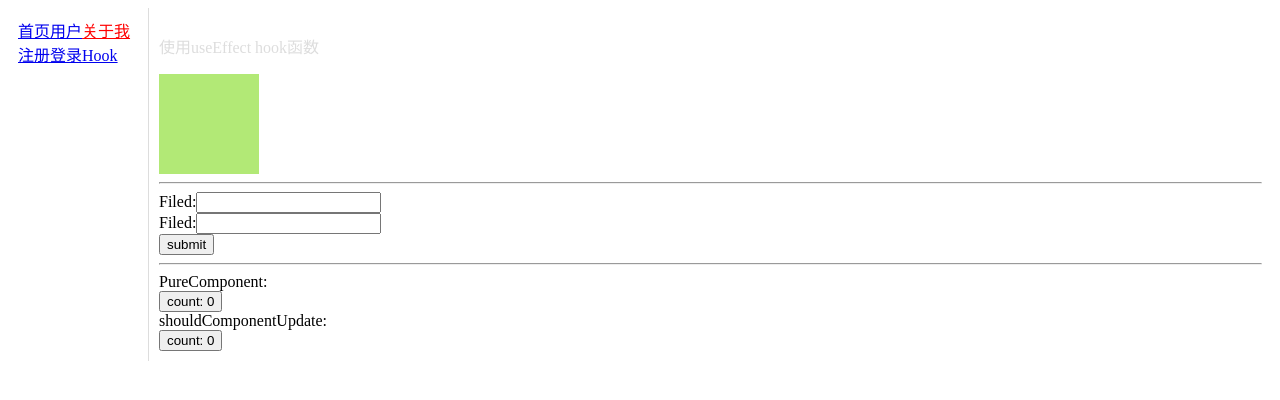
Repository: shellingfordly/js-library-Demo
Page: /about (app in demo/react/demo/)
These files come from the project's save history. The page is drawn as it stood at one moment and after the next save; the edit follows.
The browser window is 1280 px wide. The pictures show the whole page.
The project was rebuilt for these pictures with package versions that can differ from the ones it lists, and the page was loaded fresh each time. Also part of the build but not shown: demo/react/demo/src/views/home/components/UseReducer.js, demo/react/demo/src/views/home/components/SetTimeout.js, demo/react/demo/src/views/home/hook/context.js, demo/react/demo/src/views/home/components/context/useContext.js, demo/react/demo/src/views/home/components/context/contextType.js, demo/react/demo/src/views/home/components/context/consumer.js, demo/react/demo/src/views/home/utils/highComponent.js, demo/react/demo/src/views/home/Home.js and 5 more.

Above is the page before, as saved 2021-01-17 22:53:25.

### demo/react/demo/src/index.js
import React from 'react';
import ReactDOM from 'react-dom';
import './index.css';
import App from './App';
import reportWebVitals from './reportWebVitals';
import {BrowserRouter as Route} from 'react-router-dom'

ReactDOM.render(
  <React.StrictMode>
    <Route>
      <App />
    </Route>
  </React.StrictMode>,
  document.getElementById('root')
);

// If you want to start measuring performance in your app, pass a function
// to log results (for example: reportWebVitals(console.log))
// or send to an analytics endpoint. Learn more: https://bit.ly/CRA-vitals
reportWebVitals();

### demo/react/demo/src/App.js

import './App.scss'
import { Component } from 'react'
import { NavLink, Route, Switch, Redirect } from 'react-router-dom'
import Home from './views/home/Home'
import About from './views/about/About'
import Register from './views/Register'
import User from './views/User'
import Login from './views/Login'
import store from './store'
import { userLogout } from './store/actions'
import Hook from './views/HookComponent'

export default class App extends Component {

  state = {
    isShow: false
  }

  componentDidMount() {
    store.subscribe(() => {
      const data = store.getState()
      this.setState({ isShow: data.isLogin })
    })
  }

  logout = () => {
    store.dispatch(userLogout())
  }

  render() {

    return (
      <div className="app">
        <div className="nav">
          <NavLink to='/home'>首页</NavLink>
          <NavLink to='/user'>用户</NavLink>
          <NavLink to='/about'>关于我</NavLink>
          <NavLink to='/register'>注册</NavLink>
          <NavLink to='/login'>登录</NavLink>
          <NavLink to='/hook'>Hook</NavLink>
        </div>
        <div className="content">
          <Switch>
            <Route path="/home" component={Home}></Route>
            <Route path="/user" component={User}></Route>
            <Route path="/about" component={About}></Route>
            <Route path="/register" component={Register}></Route>
            <Route path="/login" component={Login}></Route>
            <Route path="/hook" component={Hook}></Route>
            <Redirect to="/login"></Redirect>
          </Switch>
        </div>
      </div>


    )
  }
};

### demo/react/demo/src/App.scss
.app {
  // width: 80%;
  margin: auto;
  display: flex;

  .nav {
    width: 120px;
    padding: 10px;
    border-right: 1px solid #ddd;

    a {
      display: inline;
      width: 100%;
    }

    .active {
      color: red;
    }
  }

  .content {
    flex:1;
    padding: 10px;
    // display: flex;
    // justify-content: space-around;

    .login {
      .label {
        display: inline-block;
        width: 70px;
      }
      .btn {
        padding-top: 10px;
        text-align: center;

        button:first-child {
          margin-right: 10px;
        }
      }
    }
  }
}

.show {
  display: block;
}
.hide {
  display: none;
}

### demo/react/demo/src/views/about/About.js
import { useEffect } from 'react'
import UseEffect from './components/useEffect'
import OptimizationComponent from './components/PureComponent'
import ShouldComponentUpdate from './components/shouldComponentUpdate'
import Form, { Field } from './form'
const nameRule = { required: true, message: 'please write name!' }
const passwordRule = { required: true, message: 'please write password!' }
export default function About() {

  const [form] = Form.useForm()
  function onFinish() {
    console.log('submit success!');
  }
  function onFinishFailed() {
    console.log('submit error!');
  }

  useEffect(()=>{
    console.log(form.store);
  },[form])

  return (
    <div>
      <UseEffect />
      <hr />
      <Form form={form} onFinish={onFinish} onFinishFailed={onFinishFailed}>
        <Field  name="username" rules={[nameRule]}>
          <input />
        </Field>
        <Field name="password" rules={[passwordRule]}>
          <input  />
        </Field>
        <button>submit</button>
      </Form>
      <hr/>
      PureComponent: <OptimizationComponent/>
      shouldComponentUpdate: <ShouldComponentUpdate/>
    </div>
  )
}

### demo/react/demo/src/store/index.js
import {createStore, applyMiddleware}  from 'redux'
import thunk from 'redux-thunk'
import  rootReducer from './combineReducer'

export default createStore(rootReducer, applyMiddleware(thunk))

### demo/react/demo/src/store/actions.js
export function saveUser(data){
  return {
    type: 'SAVE',
    data
  }
}

export function getUser(data){
  return {
    type: 'GET',
    data
  }
}

export function userLogin(){
  return {
    type: 'LOGIN',
  }
}

export function userLogout(){
  return {
    type: 'LOGOUT',
  }
}

### demo/react/demo/src/views/about/components/useEffect.js
import {useState, useEffect} from 'react'
export default function useEffectCom() {
  const [background, setColor] = useState('red')

  useEffect(()=>{
    setTimeout(()=>{
      const color = '#' + Math.random().toString(16).slice(2,8)
      setColor(color)
    }, 1000)
  })

  return (
    <div className="about">
      <p style={{color: '#ddd'}}>使用useEffect hook函数</p>
      <div style={{ width: 100, height: 100, background}}></div>
    </div>
  );
}

### demo/react/demo/src/views/about/components/PureComponent.js
import { PureComponent } from 'react'

export default class OptimizationComponent extends PureComponent {
  state = { count: 0 }


  add = () => {
    this.setState({
      count: 100
    }, () => {
      console.log('count:', this.state.count);
    })
  }

  render() {
    console.log('render');

    const {count} = this.state
    return (
      <div>

        <button onClick={this.add}>count: {count}</button>
      </div>
    )
  }

}

### demo/react/demo/src/views/about/components/shouldComponentUpdate.js
import { Component } from 'react'

export default class OptimizationComponent extends Component {
  state = { count: 0 }
  add = () => {
    this.setState({
      count: 100
    }, () => {
      console.log('count:', this.state.count);
    })
  }

  shouldComponentUpdate(_, nextState) {
    return nextState.count !== this.state.count
  }

  render() {
    console.log('render');

    const { count } = this.state
    return (
      <div>

        <button onClick={this.add}>count: {count}</button>
      </div>
    )
  }

}

### demo/react/demo/src/views/about/form/index.js
import _From from './Form'
import Field from './Field'
import useForm from './useForm'
const Form = _From
Form.Field = Field
Form.useForm = useForm
export { Field, useForm }
export default Form

### demo/react/demo/src/store/combineReducer.js
import { combineReducers } from 'redux';

import * as reducer from './reducer';


const rootReducer = combineReducers({
  ...reducer
})

export default rootReducer;

### demo/react/demo/src/views/about/form/Form.js

import {Provider} from './formContext'

export default function Form(props){
  const {children, form}= props

  function onSubmit(e){
    console.log(1);
  }

  return (
    <form onSubmit={onSubmit}>
      <Provider value={form}>
        {children}
      </Provider>
    </form>
  )
}

### demo/react/demo/src/views/about/form/Field.js
import { cloneElement, Component } from 'react'
import { Context } from './formContext'
export default class Field extends Component {

  static contextType = Context

  componentDidMount() {
    const { registerField } = this.context
    registerField(this)
  }

  onStoreChange = () => {
    this.forceUpdate()
  }

  getControlled = () => {
    const { getFieldValue, setFieldValue } = this.context
    const { name } = this.props
    return {
      value: getFieldValue(name),
      onChange: e => {
        const newVal = e.target.value
        setFieldValue({
          [name]: newVal
        })
      }
    }
  }

  render() {
    const { children, } = this.props
    return (
      <div>
        Filed:
        { cloneElement(children, this.getControlled())}
      </div >
    )
  }
}

### demo/react/demo/src/views/about/form/useForm.js
import React from 'react'

class FormStore {
  constructor(props) {
    this.store = {}
    this.fieldEntities = []
  }

  registerField = (field)=> {
    this.fieldEntities.push(field)
  }

  getFieldValue = (name) => {
    return this.store[name]
  }

  setFieldValue = (newVal) => {
    this.store = {
      ...this.store,
      ...newVal
    }
    this.fieldEntities.forEach(entity=>{
      entity.onStoreChange()
    })
  }
}


export default function useForm() {
  const formRef = React.useRef()

  if (!formRef.current) {
    formRef.current = new FormStore()
  }


  return [formRef.current]
}

### demo/react/demo/src/store/reducer.js
const user_info = {
  username: '',
  password: '',
}

export function user(state = user_info, actions) {
  switch (actions.type) {
    case "SAVE":
      localStorage.setItem('user_info', JSON.stringify(actions.data))
      return { status: true, msg: '登录成功！' }
    case "GET":
      const hasUser = localStorage.getItem('user_info')
      if (hasUser) return { status: true, data: user, msg: '已登录！' }
      else return { status: false, msg: '未登录！' }
    default: return state
  }
}


export function isLogin(state = false, actions) {
  const hasUser = localStorage.getItem('user_info')
  switch (actions.type) {
    case "LOGIN":
      if (hasUser) return true
      else return false
    case "LOGOUT":
      if (hasUser) localStorage.removeItem('user_info')
      return false
    default: return state
  }
}

### demo/react/demo/src/views/about/form/formContext.js
import {createContext} from 'react'

export const Context = createContext()
export const Provider =  Context.Provider

Loaded but not shown: demo/react/demo/public/index.html (common file); demo/react/demo/src/reportWebVitals.js (common file); demo/react/demo/src/index.css (no stored copy; drawn as an empty file)

After the next save:
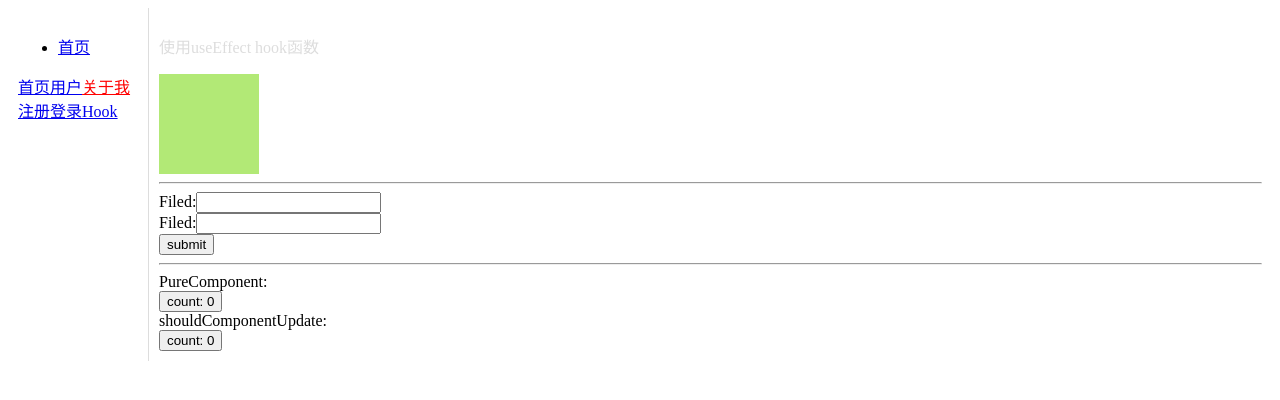
Saved 66 s later.
--- a/demo/react/demo/src/App.js
+++ b/demo/react/demo/src/App.js
@@ -28,11 +28,19 @@ export default class App extends Component {
     store.dispatch(userLogout())
   }
 
+
   render() {
 
     return (
       <div className="app">
         <div className="nav">
+          <ul>
+            <li>
+
+          <NavLink to='/home'>首页</NavLink>
+            </li>
+          </ul>
+
           <NavLink to='/home'>首页</NavLink>
           <NavLink to='/user'>用户</NavLink>
           <NavLink to='/about'>关于我</NavLink>
